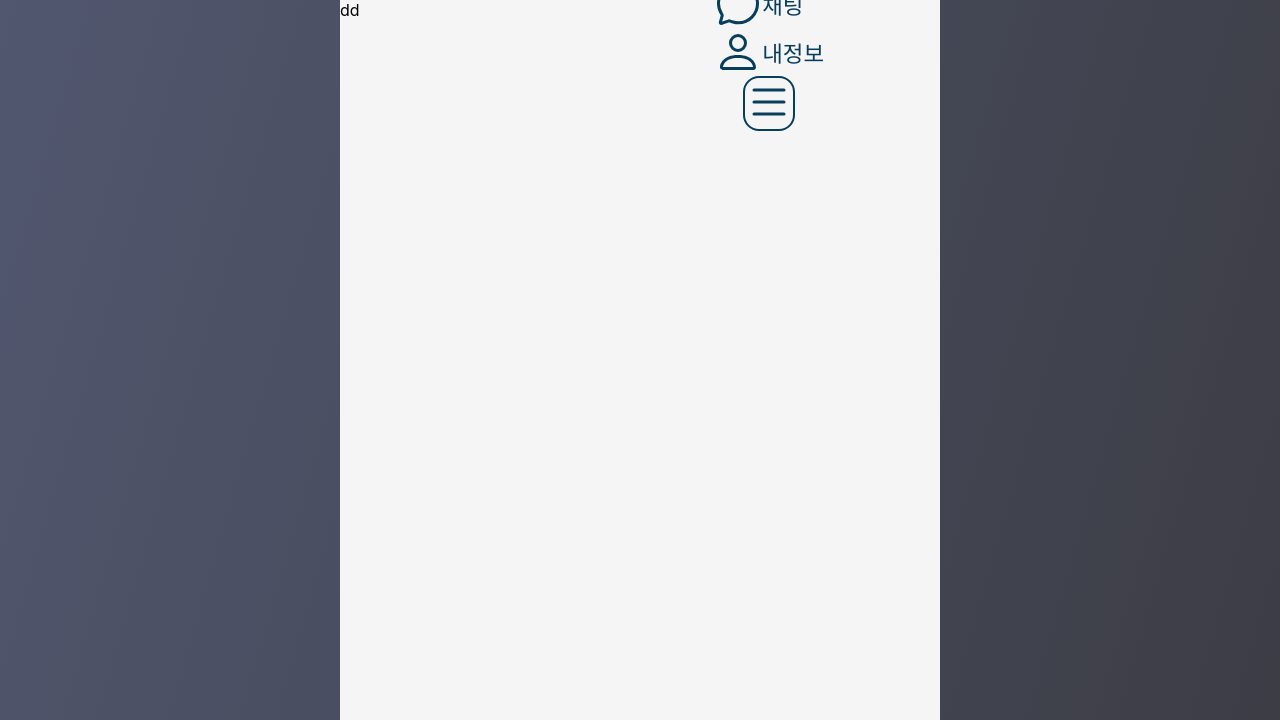
Repository: SeungYn/hanium
Page: /
An editor plug-in stored every save of this project. The page is shown before and after the next save, followed by the edit.
The browser window is 1280 px wide. The pictures show the whole page.
The project was rebuilt for these pictures with package versions that can differ from the ones it lists, and the page was loaded fresh each time. Also part of the build but not shown: src/App.css, src/components/ReadPopup/ReadPopup.module.css, src/components/ReadPopup/ReadPopup.jsx, src/pages/login/Login.jsx.

Above is the page before, as saved 2022-10-27 13:59:39.

After the next save:
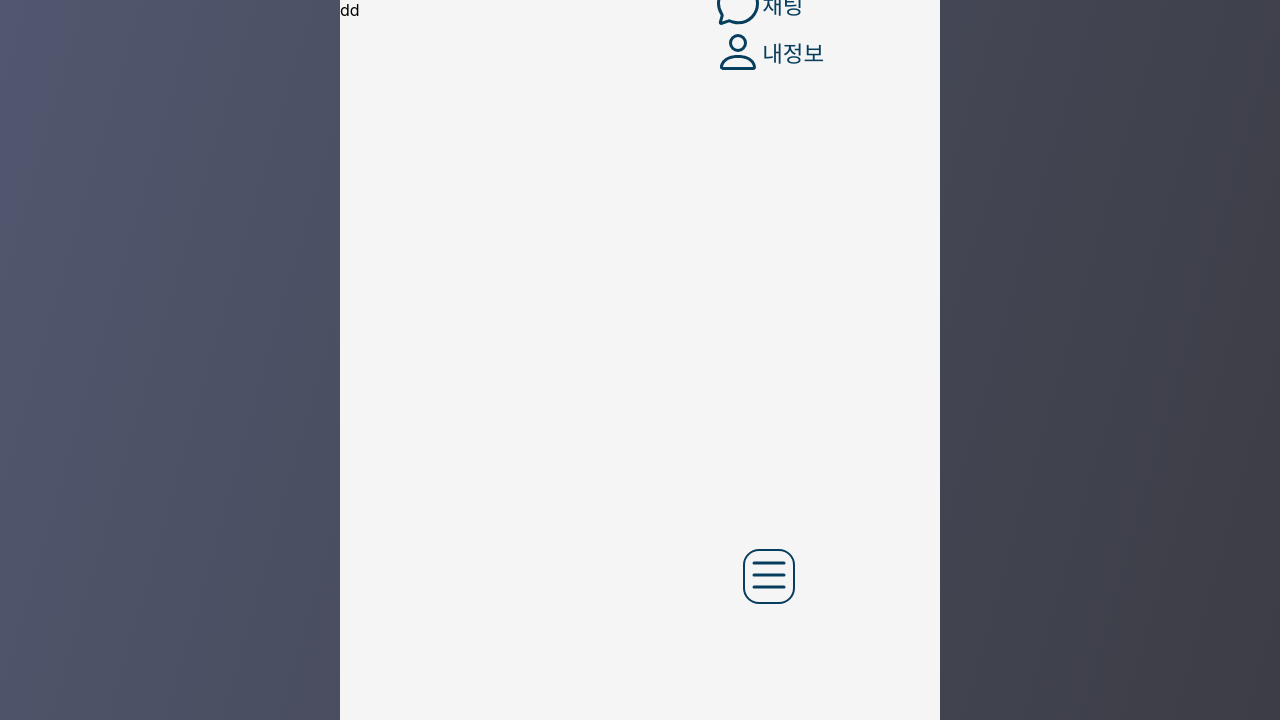
Saved 31 s later.
--- a/src/components/Navbar/Navbar.module.css
+++ b/src/components/Navbar/Navbar.module.css
@@ -29,7 +29,7 @@
   overflow: hidden;
 
   min-height: 0;
-  height: 50;
+  height: 100%;
 }
 
 .navAppear {

After the save that followed:
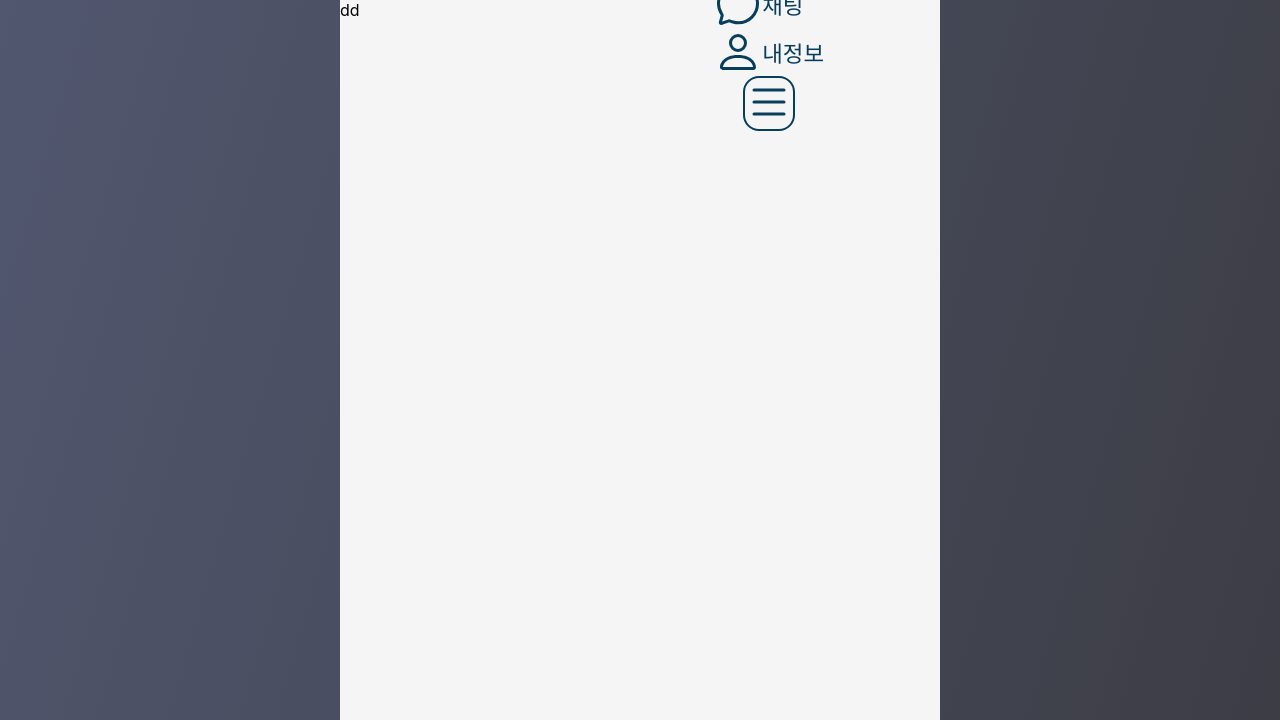
Saved 15 s later.
--- a/src/components/Navbar/Navbar.module.css
+++ b/src/components/Navbar/Navbar.module.css
@@ -29,7 +29,6 @@
   overflow: hidden;
 
   min-height: 0;
-  height: 100%;
 }
 
 .navAppear {
